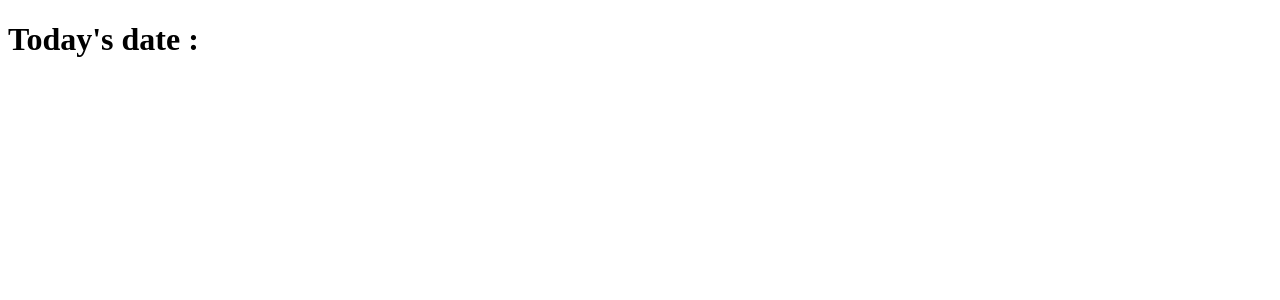
Repository: CheolHo-0428/JSP-Web-Programming
Page: http://localhost/JSPBook/ch02/expression01.jsp
The author's editor kept a copy of each file at every save. The page is drawn from the files as they stood at one save, then again after the next save.
The browser window is 1280 px wide. The pictures show the whole page.
The page is served by Tomcat 9.

Above is the page before, as saved 2021-05-06 14:06:55.

After the next save:
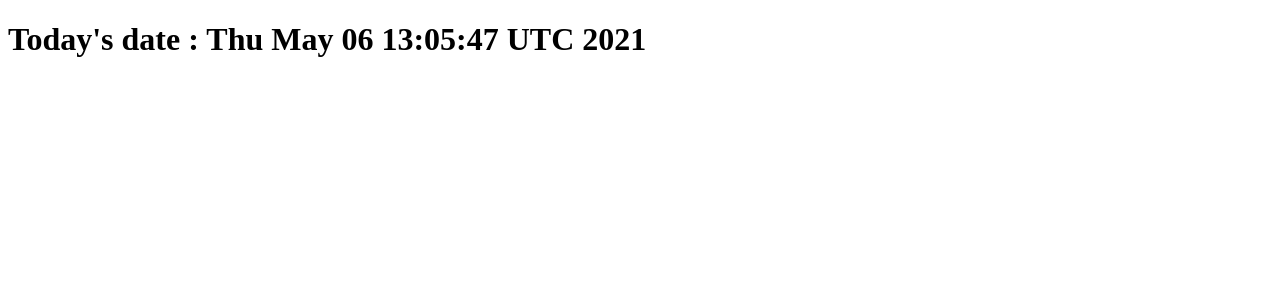
Saved 85 s later.
--- a/JSPBook/src/main/webapp/ch02/expression01.jsp
+++ b/JSPBook/src/main/webapp/ch02/expression01.jsp
@@ -7,6 +7,6 @@
 <title>Scripting Tag</title>
 </head>
 <body>
-	<h1>Today's date : </h1>
+	<h1>Today's date : <%= new java.util.Date() %></h1>
 </body>
 </html>
